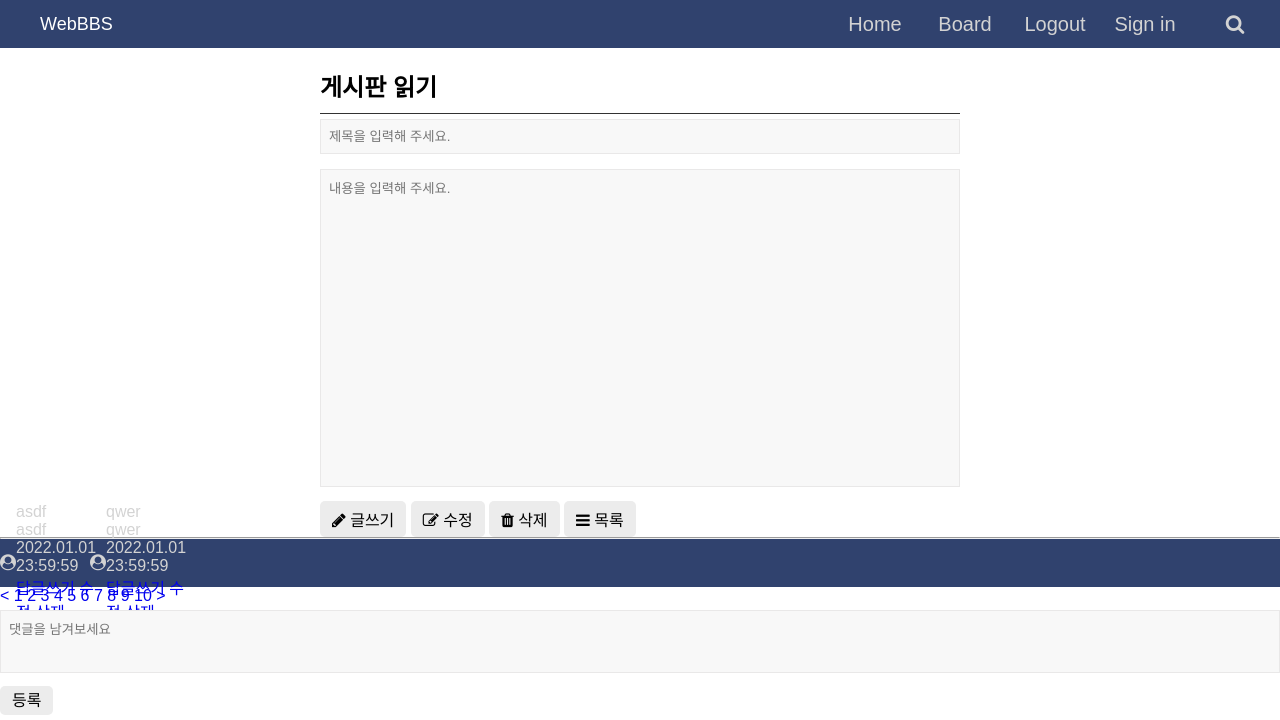
Repository: TheChok/springBbsClone
Page: http://localhost/bbsProject/WEB-INF/views/board3.jsp
These files come from the project's save history. The page is drawn as it stood at one moment and after the next save; the edit follows.
The browser window is 1280 px wide. The pictures show the whole page.
Some web libraries are served in a nearby version. The page is served by Tomcat 9. Nobody is signed in. Other server files are loaded and not shown. The template is opened directly, without the code that normally fills it, so the values that code supplies are empty.

Above is the page before, as saved 2023-09-27 10:35:50.

### bbsProject/src/main/webapp/WEB-INF/views/board3.jsp
<%@ page contentType="text/html;charset=UTF-8" language="java" %>
<%@taglib prefix="c" uri="http://java.sun.com/jstl/core_rt" %>
<%@ page session="true"%>
<c:set var="loginId" value="${sessionScope.id}"/>
<c:set var="loginOutLink" value="${loginId=='' ? '/login/login' : '/login/logout'}"/>
<%-- <c:set var="loginOut" value="${loginId=='' ? 'Login' : 'ID='+=loginId}"/> --%>
<c:set var="loginOut" value="${loginId=='' ? 'Login' : 'Logout'}"/>
<!DOCTYPE html>
<html>
<head>
  	<meta charset="UTF-8">
  	<title>WebBBS</title>
  	<link rel="stylesheet" href="<c:url value='/css/menu.css'/>">
  	<link rel="stylesheet" href="https://cdnjs.cloudflare.com/ajax/libs/font-awesome/4.7.0/css/font-awesome.min.css">
  	<script src="https://code.jquery.com/jquery-1.11.3.js"></script>
  	<style>
    * {
      box-sizing: border-box;
      margin: 0;
      padding: 0;
      font-family: "Noto Sans KR", sans-serif;
    }

    .container {
      width : 50%;
      margin : auto;
    }

    .writing-header {
      position: relative;
      margin: 20px 0 0 0;
      padding-bottom: 10px;
      border-bottom: 1px solid #323232;
    }

    input {
      width: 100%;
      height: 35px;
      margin: 5px 0px 10px 0px;
      border: 1px solid #e9e8e8;
      padding: 8px;
      background: #f8f8f8;
      outline-color: #e6e6e6;
    }

    textarea {
      width: 100%;
      background: #f8f8f8;
      margin: 5px 0px 10px 0px;
      border: 1px solid #e9e8e8;
      resize: none;
      padding: 8px;
      outline-color: #e6e6e6;
    }

    .frm {
      width:100%;
    }
    .btn {
      background-color: rgb(236, 236, 236); /* Blue background */
      border: none; /* Remove borders */
      color: black; /* White text */
      padding: 6px 12px; /* Some padding */
      font-size: 16px; /* Set a font size */
      cursor: pointer; /* Mouse pointer on hover */
      border-radius: 5px;
    }

    .btn:hover {
      text-decoration: underline;
    }
	</style>
</head>
<body>
	<script>
		  let msg = "${msg}";
		  if(msg=="WRT_ERR") alert("게시물 등록에 실패하였습니다. 다시 시도해 주세요.");
		  if(msg=="MOD_ERR") alert("게시물 수정에 실패하였습니다. 다시 시도해 주세요.");
	</script>

	<!-- menu -->
	<div id="menu">
	  	<ul>
	    	<li id="logo">WebBBS</li>
		    <li><a href="<c:url value='/'/>">Home</a></li>
		    <li><a href="<c:url value='/board/list'/>">Board</a></li>
		    <li><a href="<c:url value='${loginOutLink}'/>">${loginOut}</a></li>
		    <li><a href="<c:url value='/register/add'/>">Sign in</a></li>
		    <li><a href=""><i class="fa fa-search"></i></a></li>
	  	</ul>
	</div>

	<!-- container -->
	<div class="container">
		<h2 class="writing-header">게시판 ${mode=="new" ? "글쓰기" : "읽기"}</h2>
		<form id="form" class="frm" action="" method="post">
		    <input type="hidden" name="bno" value="${boardDto.bno}" />
		    <input name="title" type="text" value="<c:out value='${boardDto.title}'/>" placeholder="제목을 입력해 주세요." ${mode=="new" ? "" : "readonly='readonly'"} />
		    <br/>
		    <textarea name="content" rows="20" placeholder="내용을 입력해 주세요." ${mode=="new" ? "" : "readonly='readonly'"}><c:out value="${boardDto.content}"/></textarea>
		    <br/>

		    <c:if test="${mode eq 'new'}">
		    	<button type="button" id="writeBtn" class="btn btn-write">
		    		<i class="fa fa-pencil"></i>
		    		등록
		    	</button>
		    </c:if>
		    <c:if test="${mode ne 'new'}">
		    	<button type="button" id="writeNewBtn" class="btn btn-write">
		    		<i class="fa fa-pencil"></i>
		    		글쓰기
		    	</button>
		    </c:if>
		    <c:if test="${boardDto.writer eq loginId}">
		    	<button type="button" id="modifyBtn" class="btn btn-modify">
		    		<i class="fa fa-edit"></i>
		    		수정
		    	</button>
		    	<button type="button" id="removeBtn" class="btn btn-remove">
		    		<i class="fa fa-trash"></i>
		    		삭제
		    	</button>
		    </c:if>
			<button type="button" id="listBtn" class="btn btn-list">
				<i class="fa fa-bars"></i>
				목록
			</button>
		</form>
	</div>
	<hr/>
	<div id="commentList">
        <ul>
            <li class="comment-item" data-cno="1" data-bno="1070">
                <span class="comment-img">
                    <i class="fa fa-user-circle" aria-hidden="true"></i>
                </span>
                <div class="comment-area">
                    <div class="commenter">asdf</div>
                    <div class="comment-content">asdf
                    </div>
                    <div class="comment-bottom">
                        <span class="up_date">2022.01.01 23:59:59</span>
                        <a href="#" class="btn-write"  data-cno="1" data-bno="1070" data-pcno="">답글쓰기</a>
                        <a href="#" class="btn-modify" data-cno="1" data-bno="1070" data-pcno="">수정</a>
                        <a href="#" class="btn-delete" data-cno="1" data-bno="1070" data-pcno="">삭제</a>
                    </div>
                </div>
            </li>
            <li class="comment-item" data-cno="2" data-bno="1070">
                <span class="comment-img">
                    <i class="fa fa-user-circle" aria-hidden="true"></i>
                </span>
                <div class="comment-area">
                    <div class="commenter">qwer</div>
                    <div class="comment-content">qwer
                    </div>
                    <div class="comment-bottom">
                        <span class="up_date">2022.01.01 23:59:59</span>
                        <a href="#" class="btn-write"  data-cno="2" data-bno="1070" data-pcno="">답글쓰기</a>
                        <a href="#" class="btn-modify" data-cno="2" data-bno="1070" data-pcno="">수정</a>
                        <a href="#" class="btn-delete" data-cno="2" data-bno="1070" data-pcno="">삭제</a>
                    </div>
                </div>
            </li>
        </ul>
        <div class="paging-container">
            <div class="paging">
                <a class="page" href="#">&lt;</a>
                <a class="page" href="#">1</a>
                <a class="page" href="#">2</a>
                <a class="page" href="#">3</a>
                <a class="page" href="#">4</a>
                <a class="page paging-active" href="#">5</a>
                <a class="page" href="#">6</a>
                <a class="page" href="#">7</a>
                <a class="page" href="#">8</a>
                <a class="page" href="#">9</a>
                <a class="page" href="#">10</a>
                <a class="page" href="#">&gt;</a>
            </div>
        </div>
        <div id="comment-writebox">
            <div class="commenter commenter-writebox">${id}</div>
            <div class="comment-writebox-content">
                <textarea name="" id="" cols="30" rows="3" placeholder="댓글을 남겨보세요"></textarea>
            </div>
            <div id="comment-writebox-bottom">
                <div class="register-box">
                    <a href="#" class="btn" id="btn-write-comment">등록</a>
                </div>
            </div>
        </div>
    </div>



	<script>
		/* document.ready */
		$(document).ready(function(){
		    // formCheck
			let formCheck = function() {
		    	let form = document.getElementById("form");
		    	if(form.title.value=="") {
		        	alert("제목을 입력해 주세요.");
		        	form.title.focus();
		        	return false;
			    }

		    	if(form.content.value=="") {
		        	alert("내용을 입력해 주세요.");
		        	form.content.focus();
		        	return false;
			    }
		    	return true;
		    }

		    // writeNewBtn.click
		    $("#writeNewBtn").on("click", function(){
		      location.href="<c:url value='/board/write'/>";
		    });

		    // writeBtn.click
		    $("#writeBtn").on("click", function(){
		    	let form = $("#form");
		    	form.attr("action", "<c:url value='/board/write'/>");
		    	form.attr("method", "post");

		    	if(formCheck())	form.submit();
		    });

		    // modifyBtn.click
		    $("#modifyBtn").on("click", function(){
		    	let form 		= $("#form");
		    	let isReadonly 	= $("input[name=title]").attr('readonly');

		    	// 1. 읽기 상태이면, 수정 상태로 변경
		    	if(isReadonly=='readonly') {
		        	$(".writing-header").html("게시판 수정");
		        	$("input[name=title]").attr('readonly', false);
		        	$("textarea").attr('readonly', false);
		        	$("#modifyBtn").html("<i class='fa fa-pencil'></i> 등록");
		        	return;
		    	}

		    	// 2. 수정 상태이면, 수정된 내용을 서버로 전송
		    	form.attr("action", "<c:url value='/board/modify${searchCondition.queryString}'/>");
		    	form.attr("method", "post");
		    	if(formCheck())	form.submit();
		    });

		    // removeBtn.click
		    $("#removeBtn").on("click", function(){
		    	if(!confirm("정말로 삭제하시겠습니까?")) return;

		    	let form = $("#form");
		    	form.attr("action", "<c:url value='/board/remove${searchCondition.queryString}'/>");
		    	form.attr("method", "post");
		    	form.submit();
		    });

		    // listBtn.click
		    $("#listBtn").on("click", function(){
				location.href="<c:url value='/board/list${searchCondition.queryString}'/>";
		    });

		}); // End - document.ready
	</script>

</body>
</html>

Loaded but not shown: bbsProject/src/main/webapp/resources/css/menu.css (common file)

After the next save:
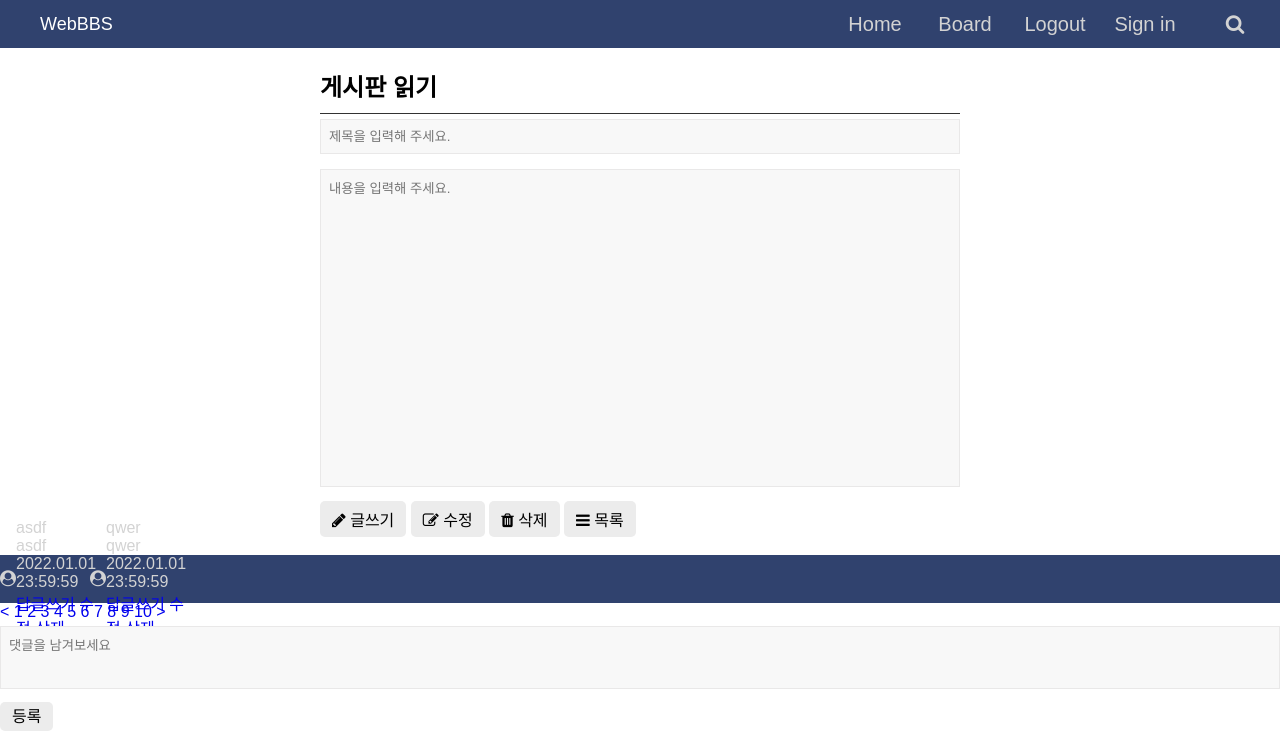
Saved 5 s later.
--- a/bbsProject/src/main/webapp/WEB-INF/views/board3.jsp
+++ b/bbsProject/src/main/webapp/WEB-INF/views/board3.jsp
@@ -128,7 +128,7 @@
 			</button>
 		</form>
 	</div>
-	<hr/>
+	<br/>
 	<div id="commentList">
         <ul>
             <li class="comment-item" data-cno="1" data-bno="1070">
